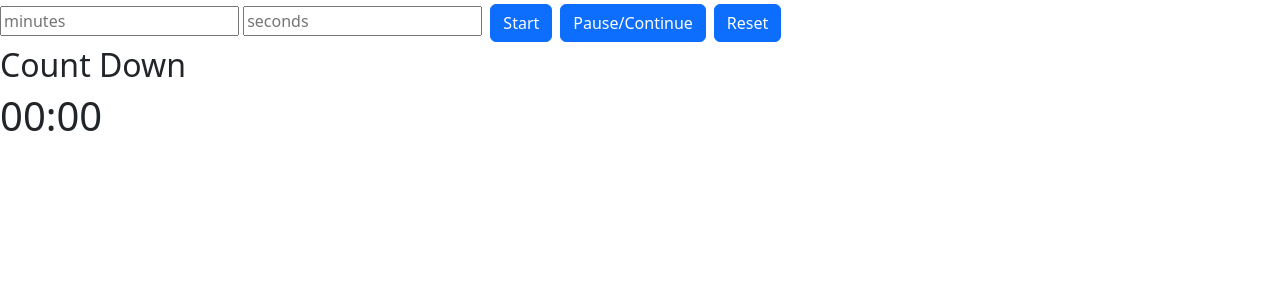
Repository: maheshdama13/reactjs-count-down
Page: /
The author's editor kept a copy of each file at every save. The page is drawn from the files as they stood at one save, then again after the next save.
The browser window is 1280 px wide. The pictures show the whole page.
The project was rebuilt for these pictures with package versions that can differ from the ones it lists, and the page was loaded fresh each time. Also part of the build but not shown: src/App.css.

Above is the page before, as saved 2022-07-01 02:12:10.

After the next save:
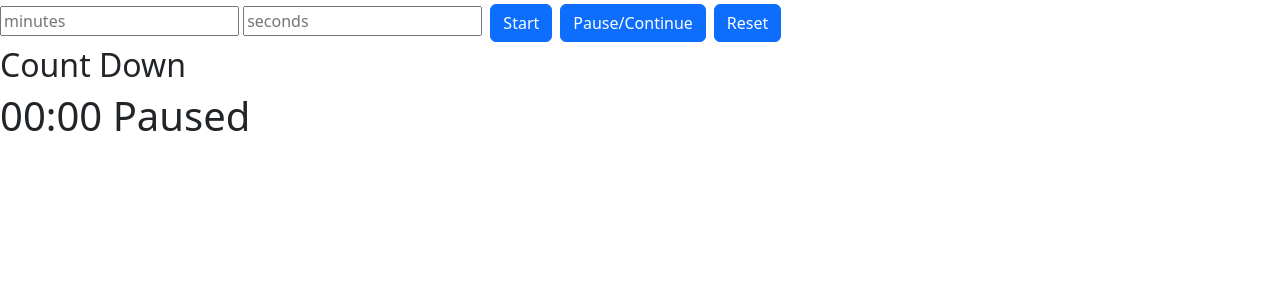
Saved 105 s later.
--- a/src/components/CountDown.js
+++ b/src/components/CountDown.js
@@ -65,7 +65,7 @@
       </form>
 
       <h2>Count Down</h2>
-      <h1>{formattedTimer}</h1>
+      <h1>{formattedTimer} {isTimerRunning ? 'Running' : 'Paused'}</h1>
     </div>
   )
 }

After the 2 saves that followed:
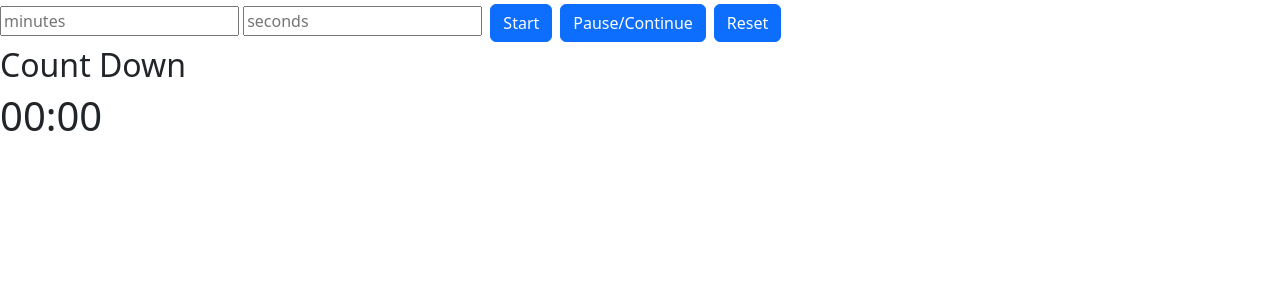
The 2 saves are shown as one change because 1 did not build or start.
The last was saved 62 s later.
--- a/src/components/CountDown.js
+++ b/src/components/CountDown.js
@@ -65,7 +65,7 @@
       </form>
 
       <h2>Count Down</h2>
-      <h1>{formattedTimer} {isTimerRunning ? 'Running' : 'Paused'}</h1>
+      <h1>{formattedTimer} {isTimerRunning ? 'Running' : ''}</h1>
     </div>
   )
 }
